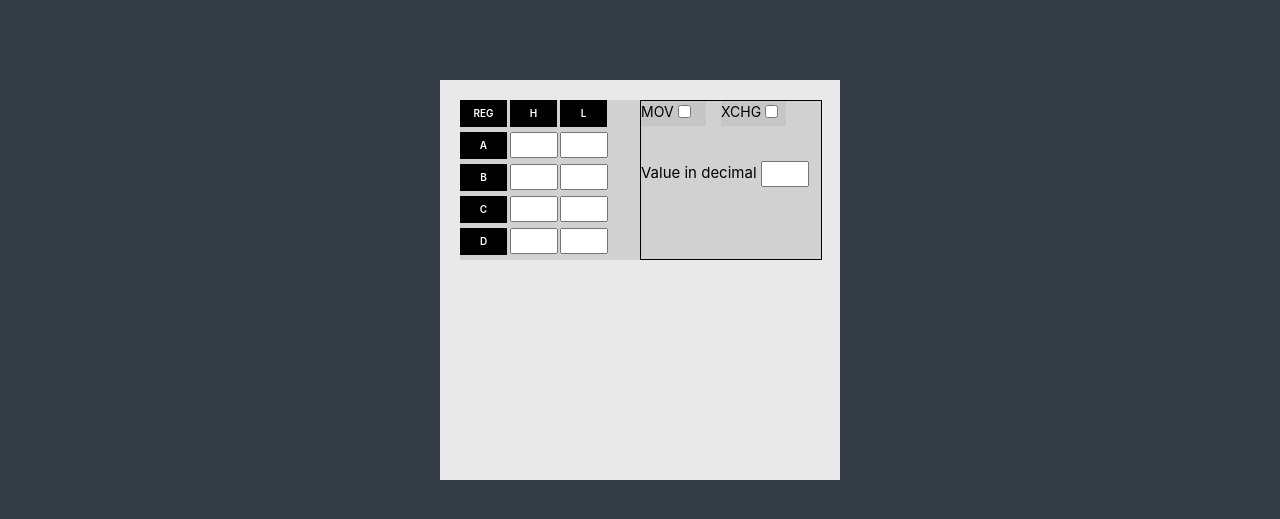
Repository: piookr-wsei/8086
Page: /
These files come from the project's save history. The page is drawn as it stood at one moment and after the next save; the edit follows.
The browser window is 1280 px wide. The pictures show the whole page.
The project was rebuilt for these pictures with package versions that can differ from the ones it lists, and the page was loaded fresh each time.

Above is the page before, as saved 2022-06-18 21:28:02.

After the next save:
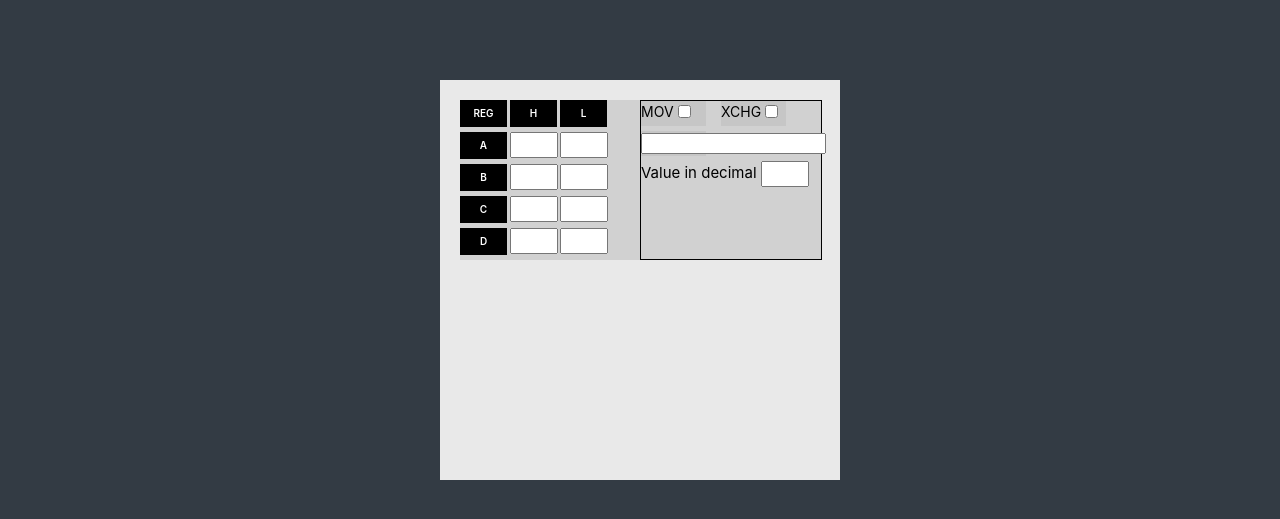
Saved 64 s later.
--- a/src/App.js
+++ b/src/App.js
@@ -69,7 +69,9 @@
               <OpChange/>
 
               <RegChWrapper>
-
+                <CheckWrapper>
+                  <OpBox></OpBox>
+                </CheckWrapper>
               </RegChWrapper>
 
               <LineWrap>

After the save that followed:
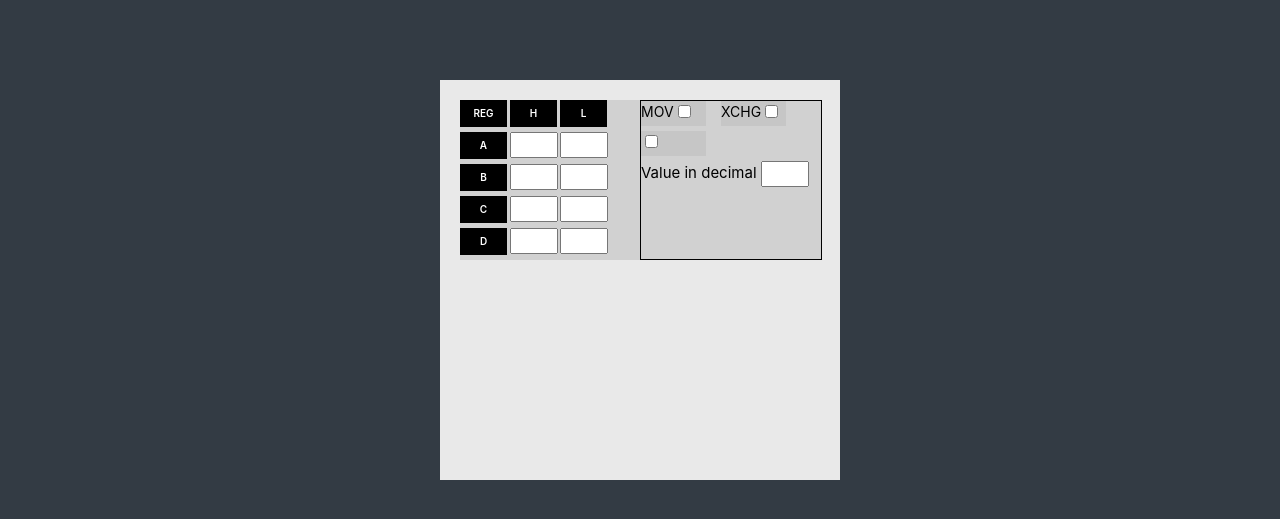
Saved 22 s later.
--- a/src/App.js
+++ b/src/App.js
@@ -70,7 +70,7 @@
 
               <RegChWrapper>
                 <CheckWrapper>
-                  <OpBox></OpBox>
+                  <OpBox type="checkbox"/>
                 </CheckWrapper>
               </RegChWrapper>
 
